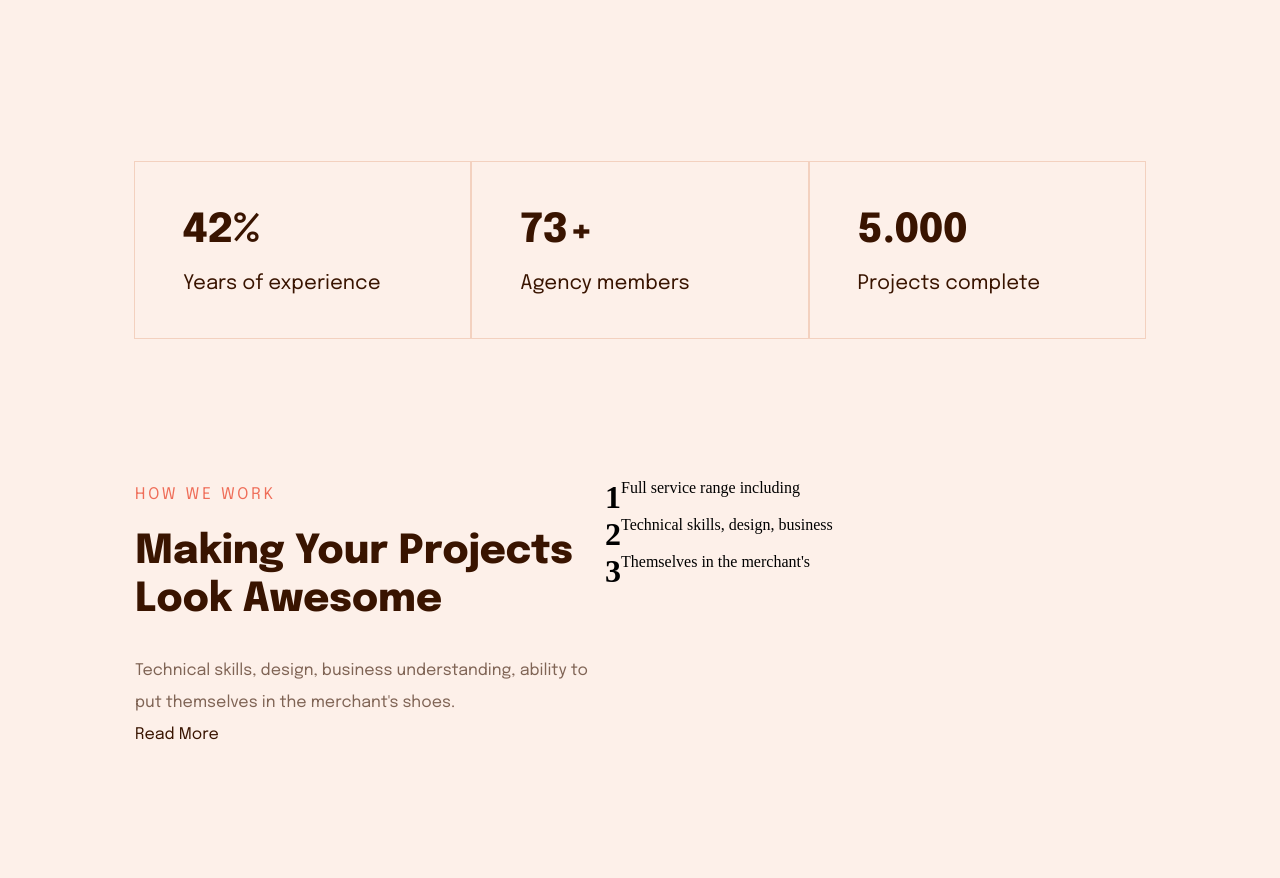
Repository: MehdiKerimov/Figma-task-7
Page: index.html
These files come from the project's save history. The page is drawn as it stood at one moment and after a run of saves; the edit follows.
The browser window is 1280 px wide. The pictures show the whole page.

Above is the page before, as saved 2023-08-30 12:16:28.

After the next 2 saves:
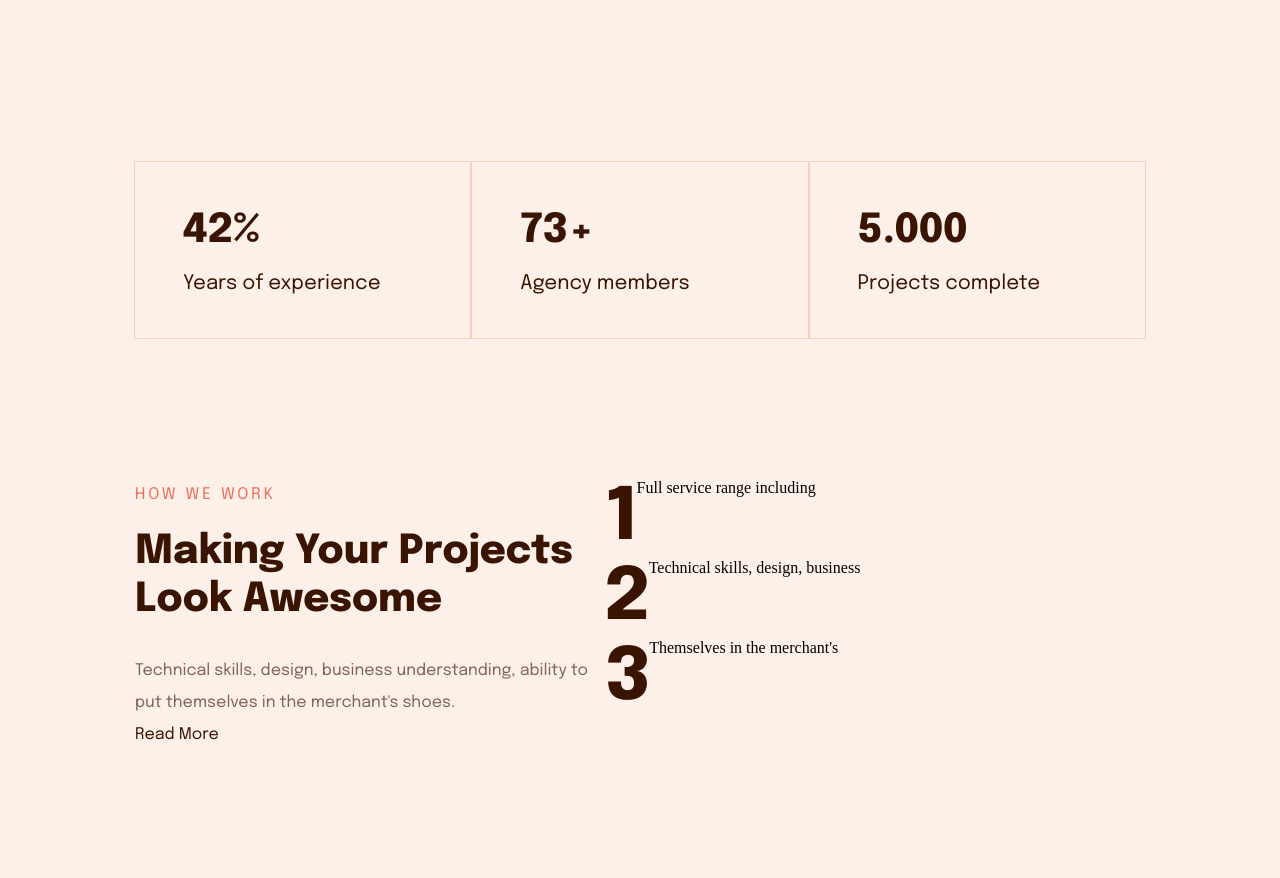
The 2 saves are shown as one change because they came seconds apart.
The last was saved 11 s later.
--- a/index.css
+++ b/index.css
@@ -114,5 +114,15 @@
 display: flex;
 }
 .container-2 ul li h1{
+    color: #391400;
+font-feature-settings: 'clig' off, 'liga' off;
 
+/* H1 */
+font-family: Epilogue;
+font-size: 72px;
+font-style: normal;
+font-weight: 800;
+line-height: 80px; /* 111.111% */
+letter-spacing: -2px;
 }
+.
